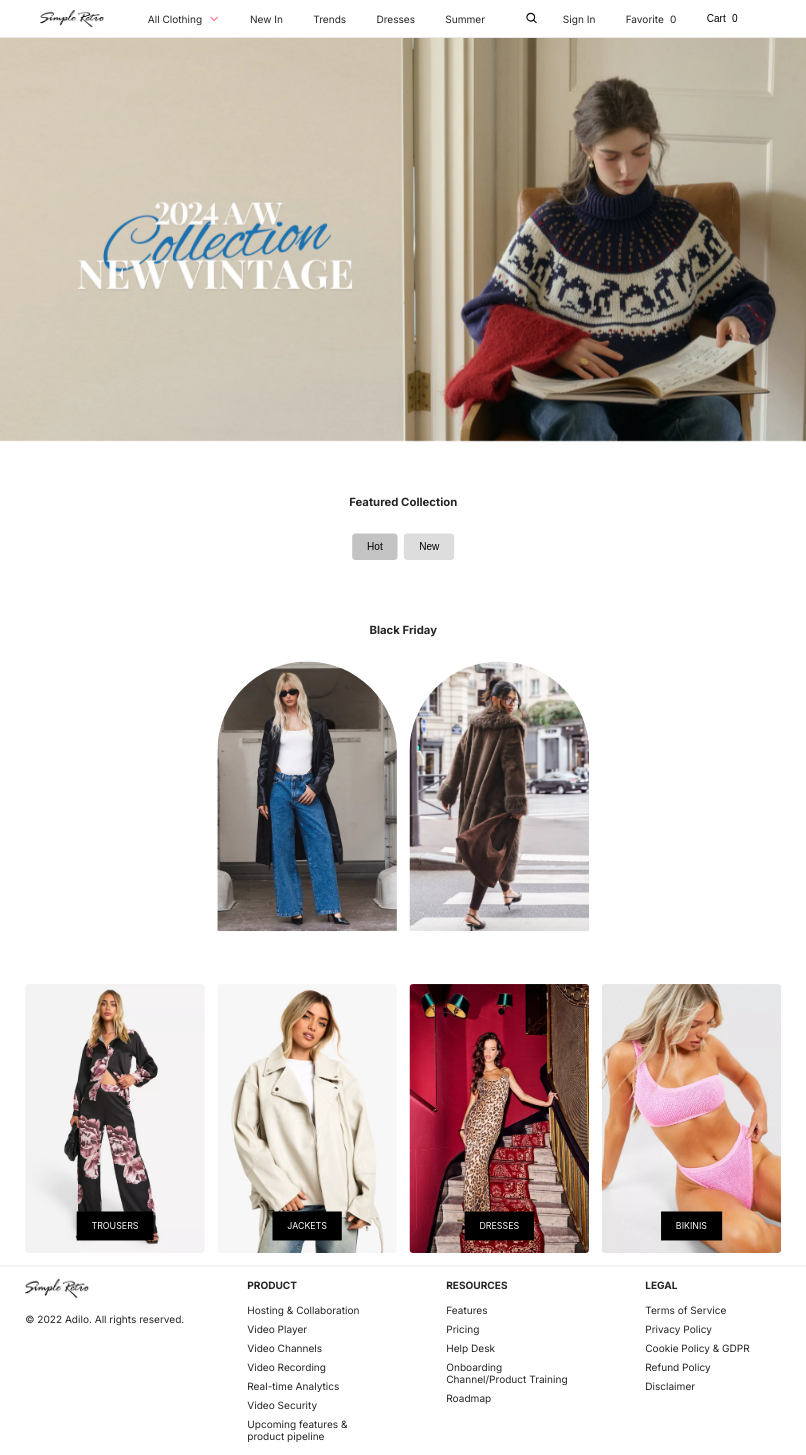
Repository: LenarTulupov/fullstack-go-next-app
Page: / (app in frontend/)
The author's editor kept a copy of each file at every save. The page is drawn from the files as they stood at one save, then again after a run of saves.
The browser window is 1280 px wide. The pictures show the whole page, at 63% of full size.
The page's requests for data from a server got no answer. The project was rebuilt for these pictures with package versions that can differ from the ones it lists, and the page was loaded fresh each time. Some packages were replaced by stand-ins written for this rebuild. The framework's server and built-in components were replaced by stand-ins that run in the browser. No one was signed in, and anything a server would have sent is missing. Also part of the build but not shown: frontend/next.config.mjs, frontend/src/components/ui/close-button/close-button.module.scss, frontend/src/components/ui/close-button/close-button.tsx, frontend/src/components/search-bar/search-bar.tsx, frontend/src/components/ui/button/button.module.scss, frontend/src/components/ui/button/button.tsx, frontend/src/components/ui/favorite-button/favorite-button.module.scss, frontend/src/components/ui/card-image/card-image.module.scss and 52 more.

Above is the page before, as saved 2024-12-23 19:33:11.

After the next 2 saves:
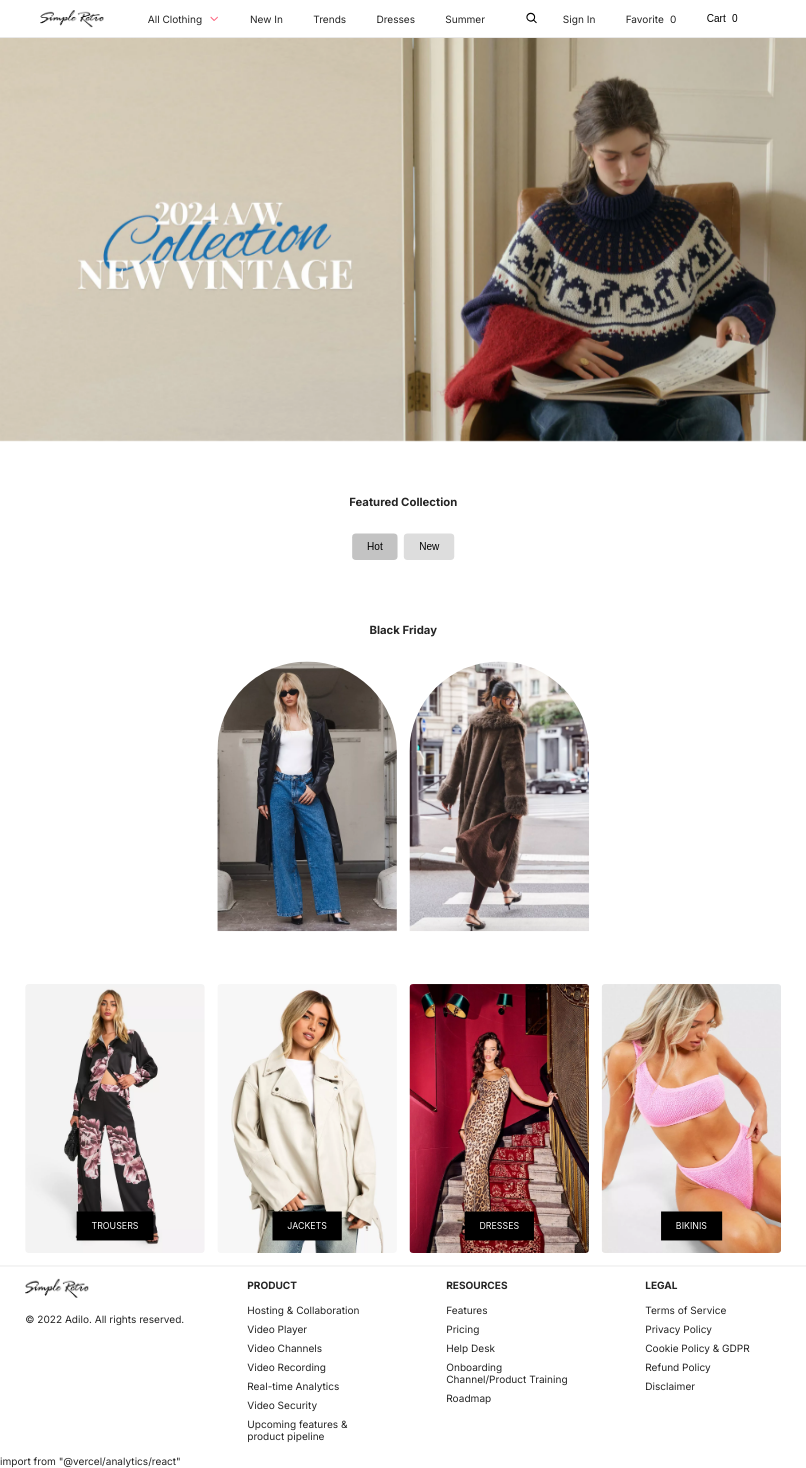
The 2 saves are shown as one change because 1 did not build or start.
The last was saved 20 min 0 s later.
--- a/frontend/src/app/layout.tsx
+++ b/frontend/src/app/layout.tsx
@@ -2,6 +2,7 @@
 import Providers from "@/utils/Providers";
 import "./globals.scss";
 import StoreProvider from "@/store/store-provider";
+import { Analytics } from "@vercel/analytics/react"
 
 export const metadata: Metadata = {
   title: "Simple Retro | Women Designed, Everyday Retro.",
@@ -21,6 +22,7 @@
         <StoreProvider>
           <Providers>
             {children}
+            import { Analytics } from "@vercel/analytics/react"
             <div id="dropdown-root" />
           </Providers>
         </StoreProvider>

After the save that followed:
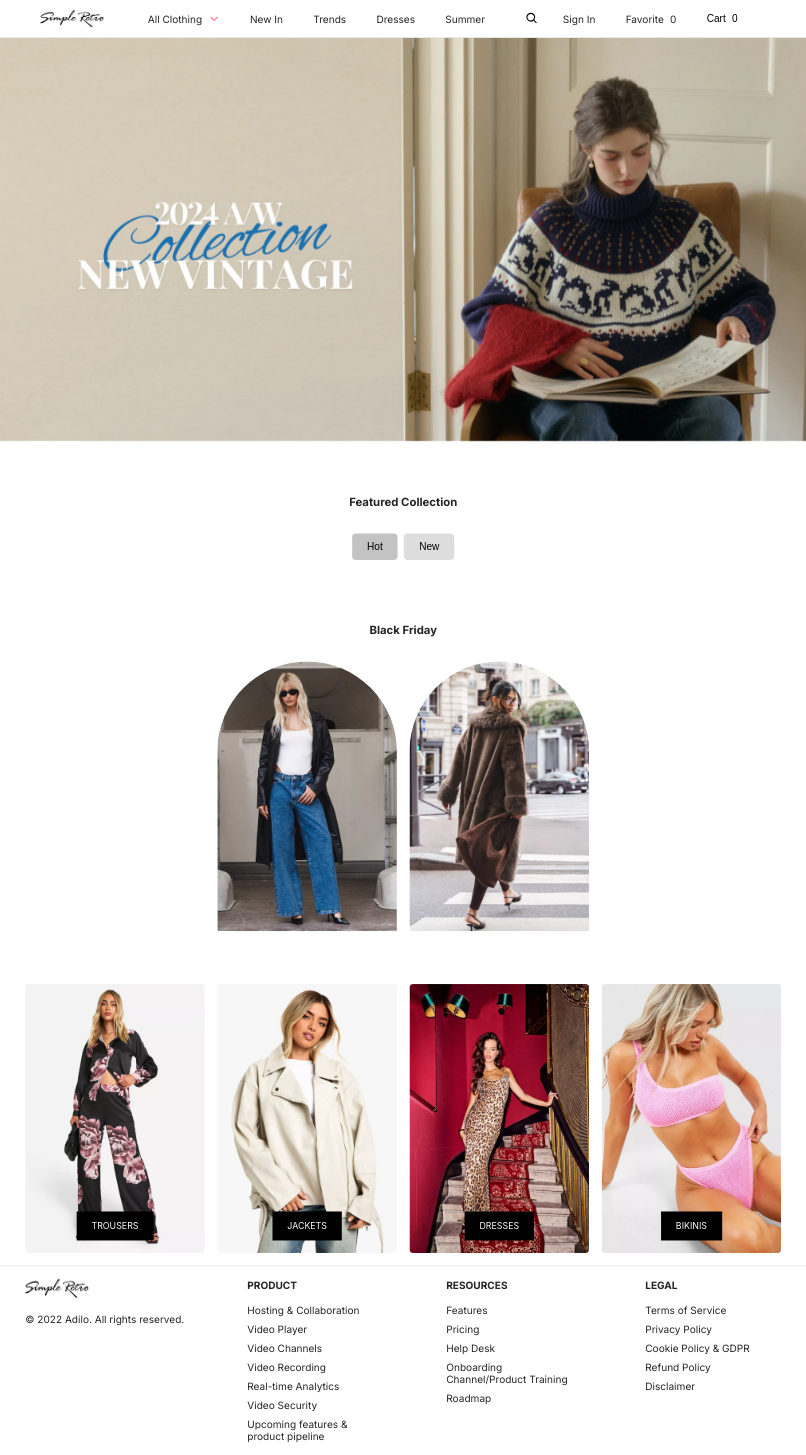
Saved 8 s later.
--- a/frontend/src/app/layout.tsx
+++ b/frontend/src/app/layout.tsx
@@ -22,7 +22,7 @@
         <StoreProvider>
           <Providers>
             {children}
-            import { Analytics } from "@vercel/analytics/react"
+            <Analytics/>
             <div id="dropdown-root" />
           </Providers>
         </StoreProvider>
